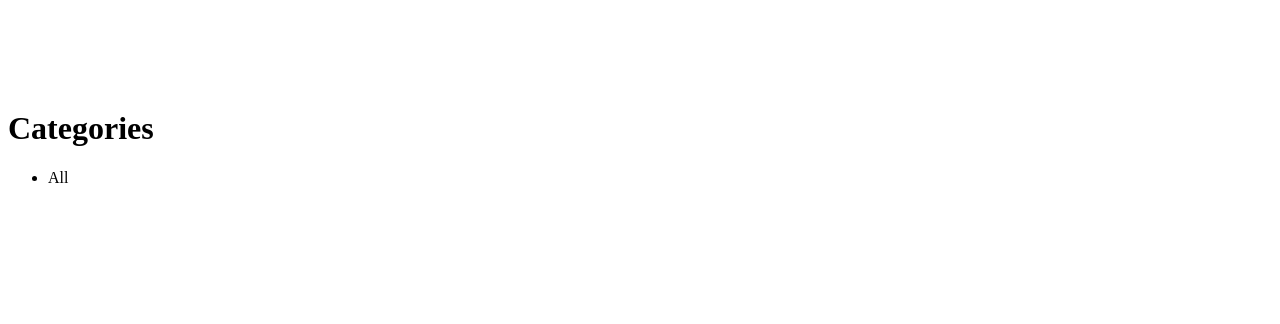
Repository: anastasia29-step/Online-Restaurant
Page: index.html
These files come from the project's save history. The page is drawn as it stood at one moment and after the next save; the edit follows.
The browser window is 1280 px wide. The pictures show the whole page.

Above is the page before, as saved 2026-03-09 14:20:32.
Not found: app.js/

### index.html
<!DOCTYPE html>
<html lang="en">

<head>
    <meta charset="UTF-8">
    <meta name="viewport" content="width=device-width, initial-scale=1.0">
    <title>Document</title>
    <link rel="stylesheet" href="style.css">
</head>
<body>

<section>
    <div class="left">
        <img src="./photo/logo.png" alt="">
    </div>
    <div class="right">

    </div>
</section>

<div class=""></div>
<h1>Categories</h1>
<ul>
    <li>All</li>
</ul>

    <script src="app.js\"></script>

</body>

</html>

Loaded but not shown: style.css (no stored copy; drawn as an empty file)

After the next save:
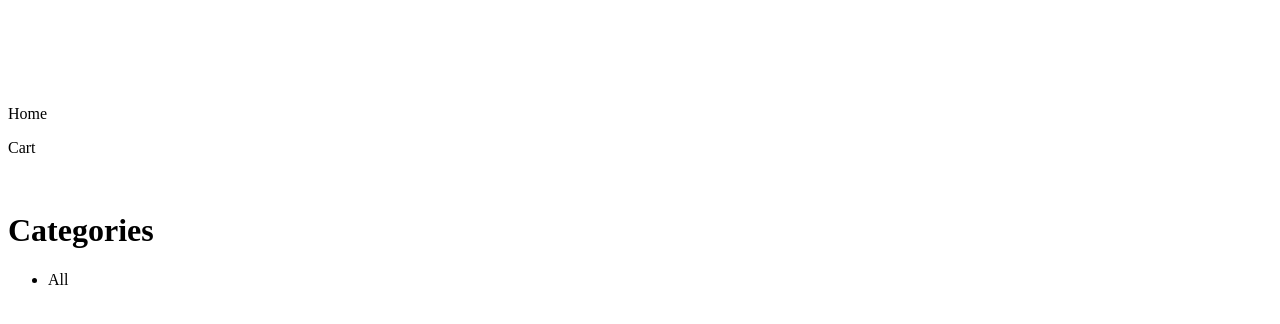
Saved 94 s later.
--- a/index.html
+++ b/index.html
@@ -14,7 +14,9 @@
         <img src="./photo/logo.png" alt="">
     </div>
     <div class="right">
-
+        <p>Home</p>
+        <p>Cart</p>
+        <img src="" alt="">
     </div>
 </section>
 
